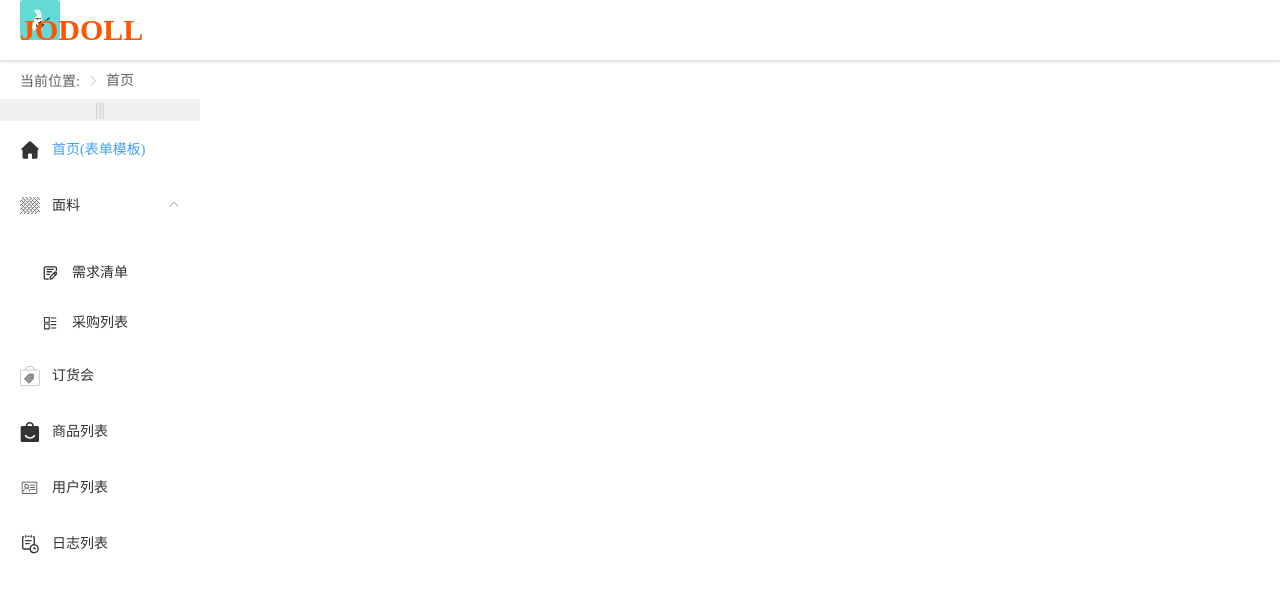
Repository: wangshanghai240/doll-practive
Page: /admin
An editor plug-in stored every save of this project. The page is shown before and after the next save, followed by the edit.
The browser window is 1280 px wide. The pictures show the whole page.
The project was rebuilt for these pictures with package versions that can differ from the ones it lists, and the page was loaded fresh each time. Also part of the build but not shown: vue.config.js. Imported but missing from the stored project, and not drawn on this page: src/views/admin/ordermeeting/ordermeeting/ordersearch.vue.

Above is the page before, as saved 2021-08-24 10:42:02.

After the next save:
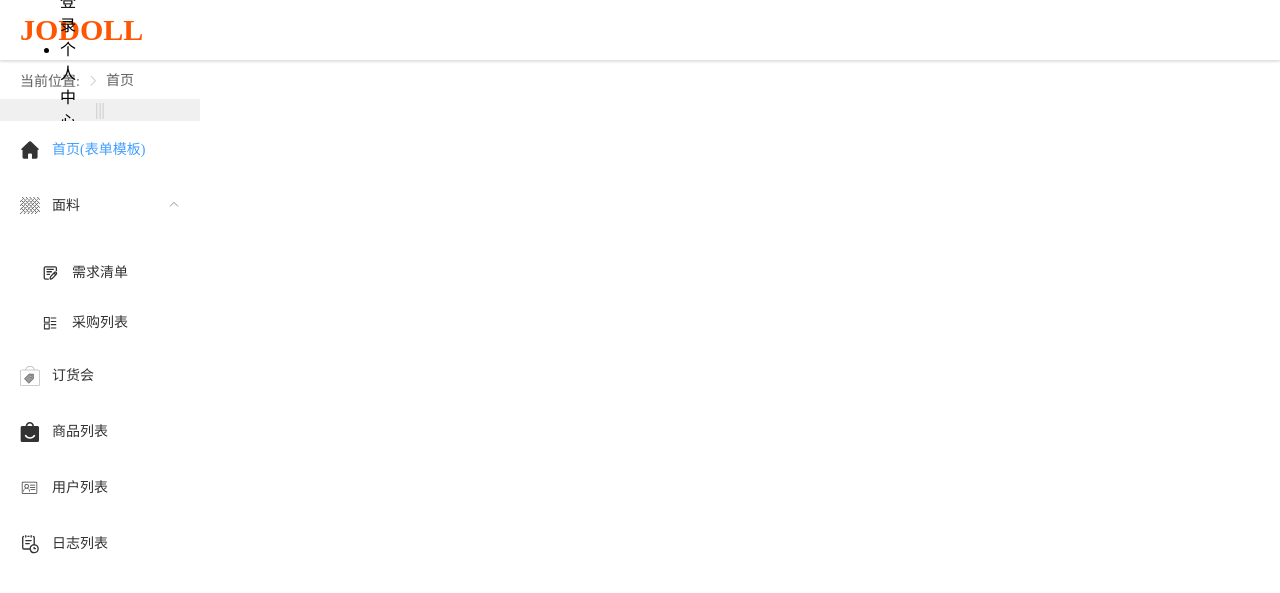
Saved 3 min 16 s later.
--- a/src/components/content/Logout.vue
+++ b/src/components/content/Logout.vue
@@ -2,6 +2,12 @@
   <div class="logout">
     <div class="avtor">
       <img src="~assets/image/adicon/admin.gif" alt="">
+      <div class="showinfo">
+        <ul>
+          <li>退出登录</li>
+          <li>个人中心</li>
+        </ul>
+      </div>
     </div>
   </div>
 </template>
@@ -23,9 +29,12 @@ name:'Logout',
 <style scoped>
 .logout{
   display: inline-block;
+  position:relative;
 }
 .logout .avtor{
-  text-align: right;
+  position:absolute;
+  top:50%;
+  transform:translateY(-50%)
 }
 .logout .avtor img{
   width:40px;
